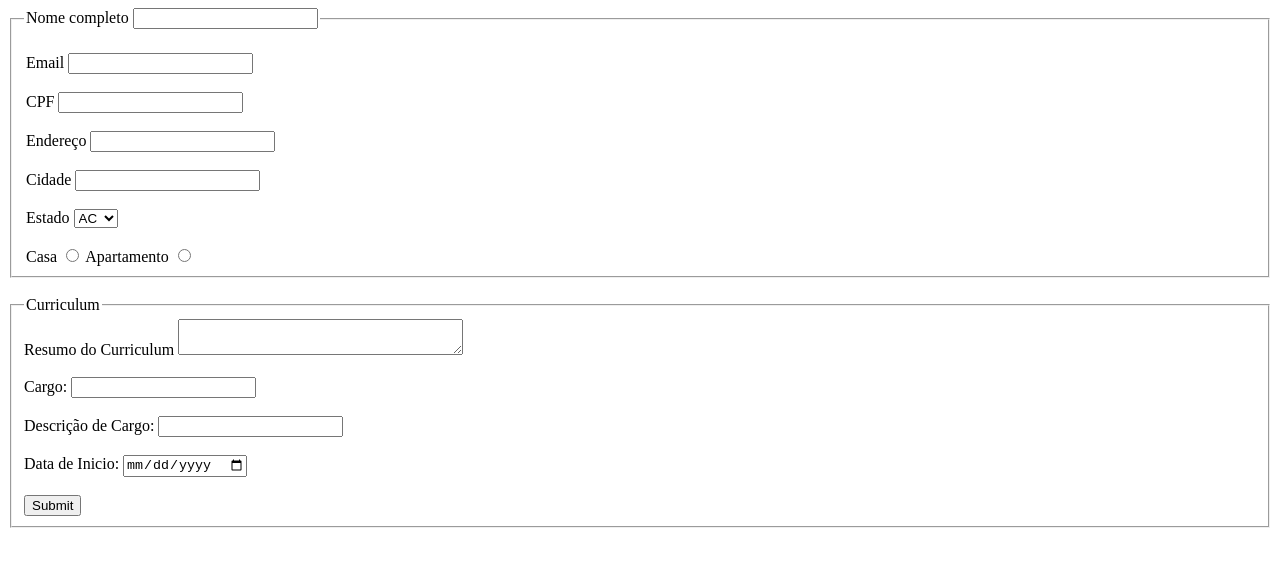
Repository: Parker9309/-trybe-exercises
Page: exercises/exercises-bloco6/html-e-css-forms-flexbox-e-responsivo_1/index.html
An editor plug-in stored every save of this project. The page is shown before and after the next save, followed by the edit.
The browser window is 1280 px wide. The pictures show the whole page.

Above is the page before, as saved 2021-03-16 20:35:16.

After the next save:
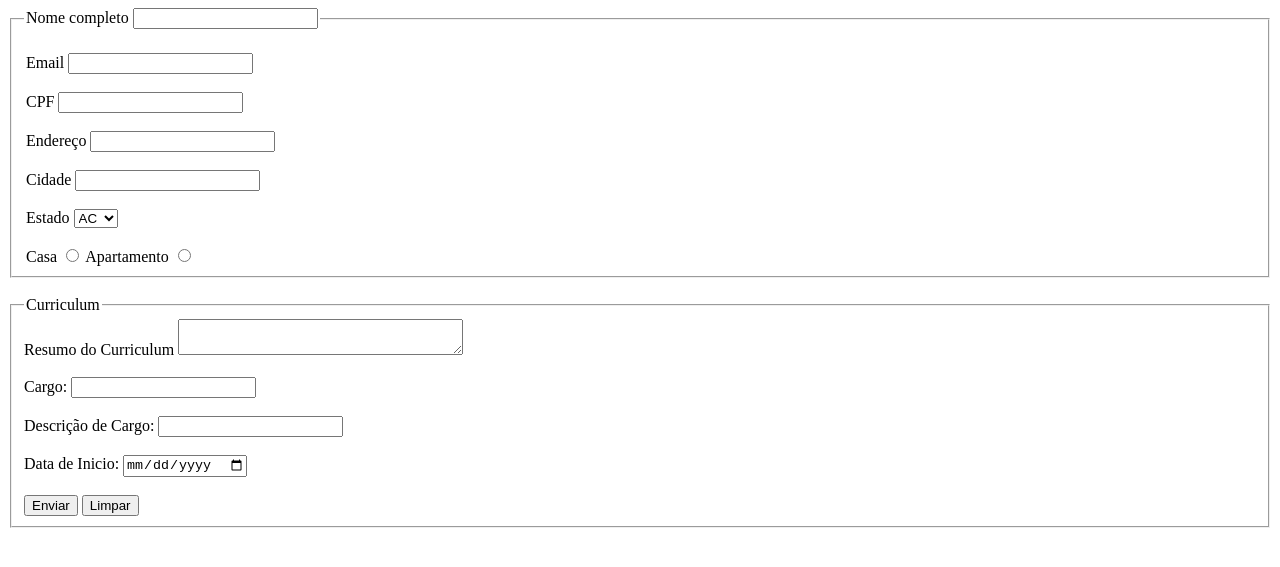
Saved 6 min 45 s later.
--- a/exercises/exercises-bloco6/html-e-css-forms-flexbox-e-responsivo_1/index.html
+++ b/exercises/exercises-bloco6/html-e-css-forms-flexbox-e-responsivo_1/index.html
@@ -85,7 +85,9 @@
   <input type="text" id="descricaoC" name="descricaoC" maxlength="500" required><br><br>
   <label for="dateBegin">Data de Inicio:</label>
   <input type="date" id="dateBegin" name="dateBegin" required><br><br>
-  <input type="submit" value="Submit" id="btn">
+  <div id="buttons-container">
+    <button type="submit" id="submit">Enviar</button>
+    <button type="reset" id="clear">Limpar</button>
 </fieldset>
 </div>
 </form>
